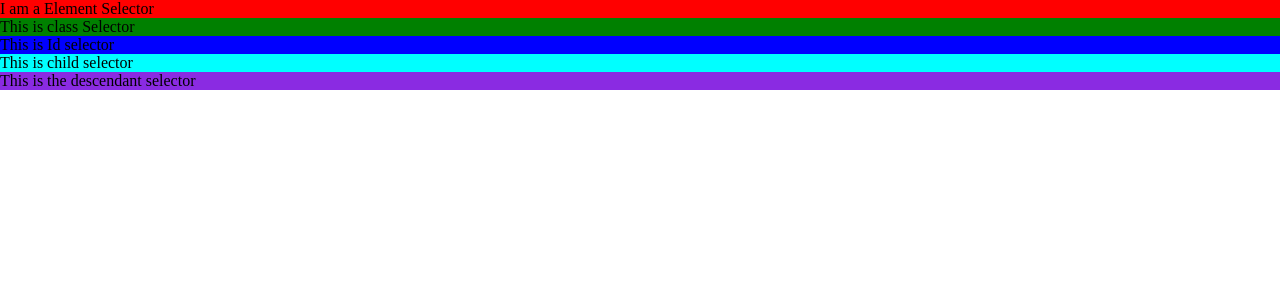
Repository: diensy/Web_dev
Page: first.css/selector.html
The author's editor kept a copy of each file at every save. The page is drawn from the files as they stood at one save, then again after a run of saves.
The browser window is 1280 px wide. The pictures show the whole page.

Above is the page before, as saved 2024-05-17 23:30:53.

### first.css/selector.html
<!DOCTYPE html>
<html lang="en">
  <head>
    <meta charset="UTF-8" />
    <meta name="viewport" content="width=device-width, initial-scale=1.0" />
    <title>CSS Selector</title>
    <style>
      /* Element Selctor */
      div {
        background-color: red;
      }
      /* CLass Selector */
      .div {
        background-color: green;
      }
      /* Id selector */
      #blue {
        background-color: blue;
      }
      /* Child selector */
      span > p {
        background-color: aqua;
      }
      /* Descendant selector */
      div p {
        background-color: blueviolet;
      }
      /* universal selector */
      * {
        margin: 0;
        padding: 0;
      }
      /* pseudo Selector */

    </style>
  </head>
  <body>
    <div>I am a Element Selector</div>
    <div class="div">This is class Selector</div>
    <div id="blue">This is Id selector</div>
    <span><p>This is child selector</p></span>
    <div>
      <article>
        <p>This is the descendant selector</p>
      </article>
    </div>
    <div>
        <a href="https://www.goo"></a>
    </div>
  </body>
</html>

After the next 3 saves:
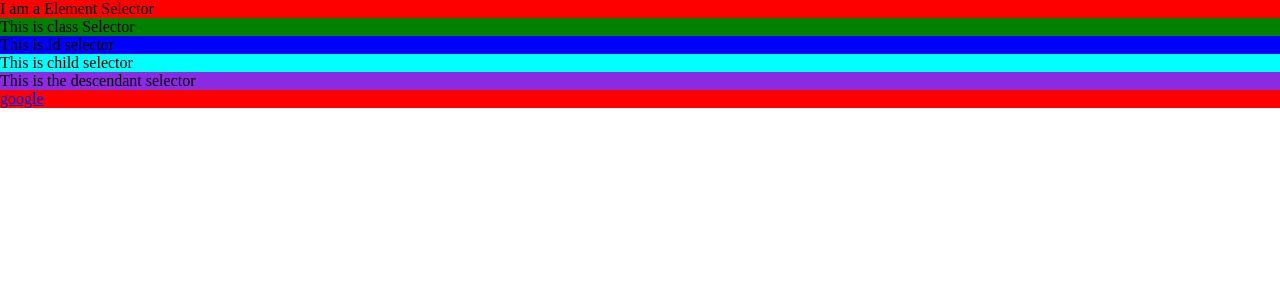
The 3 saves are shown as one change because they came seconds apart.
The last was saved 9 s later.
--- a/first.css/selector.html
+++ b/first.css/selector.html
@@ -45,7 +45,7 @@
       </article>
     </div>
     <div>
-        <a href="https://www.goo"></a>
+        <a href="https://www.google.com">google</a>
     </div>
   </body>
 </html>

After the save that followed:
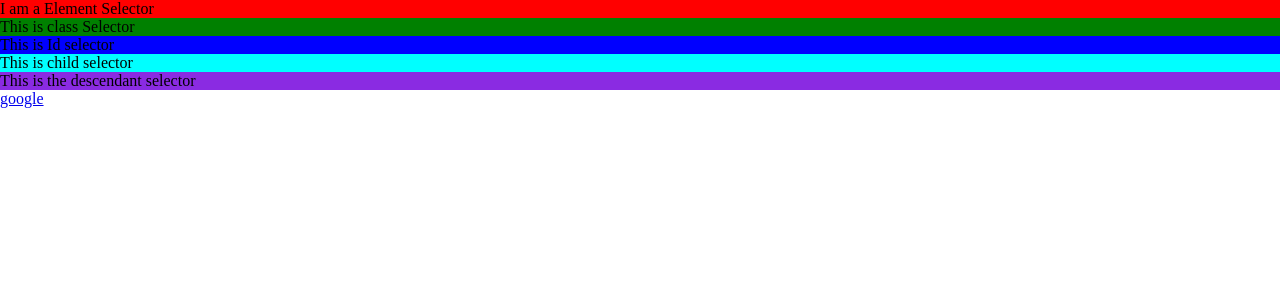
Saved 62 s later.
--- a/first.css/selector.html
+++ b/first.css/selector.html
@@ -44,7 +44,7 @@
         <p>This is the descendant selector</p>
       </article>
     </div>
-    <div>
+
         <a href="https://www.google.com">google</a>
     </div>
   </body>
